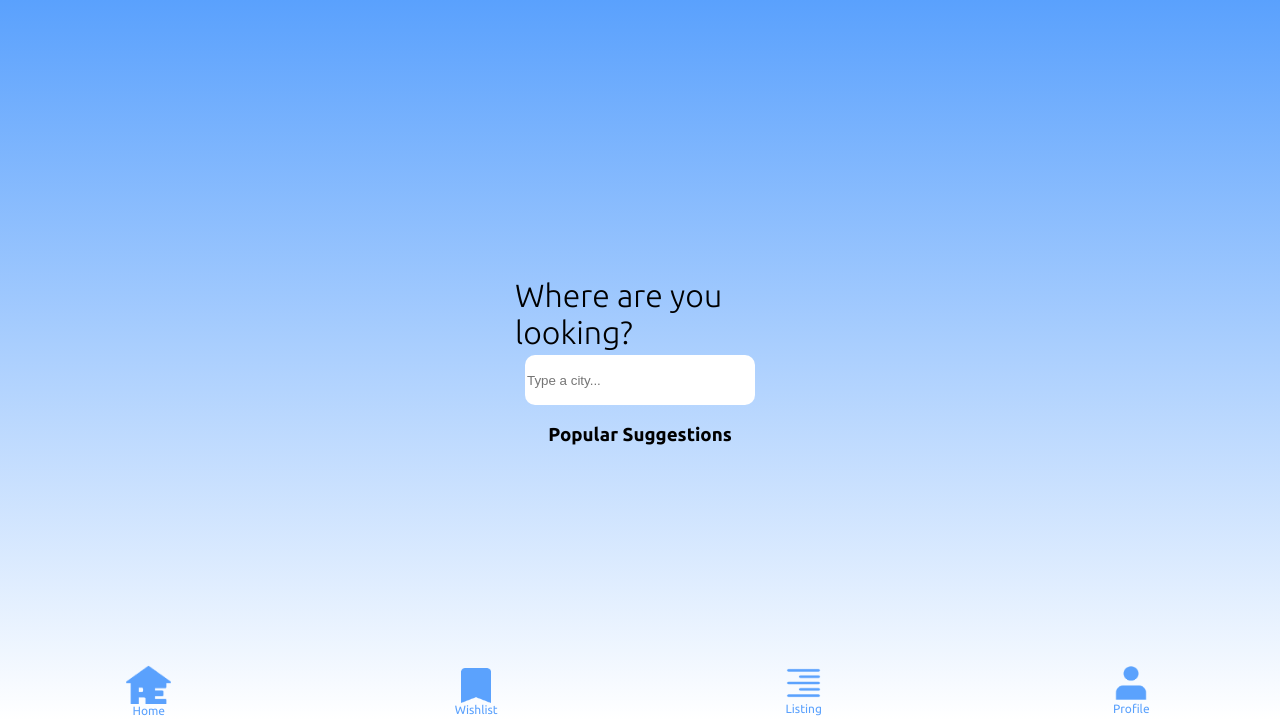
Repository: msyukurrr/realeasy
Page: /listing
An editor plug-in stored every save of this project. The page is shown before and after a run of saves, followed by the edit.
The browser window is 1280 px wide. The pictures show the whole page.
The project was rebuilt for these pictures with package versions that can differ from the ones it lists, and the page was loaded fresh each time. The framework's server and built-in components were replaced by stand-ins that run in the browser. Also part of the build but not shown: next.config.js, components/Button.js.

Above is the page before, as saved 2023-01-27 20:15:42.

### pages/listing.js
import Heading from "../components/Heading";
import NavBar from "../components/NavBar";
import styles from "../styles/Home.module.css"
import MainButton from "../components/Button.js";
import styled from "styled-components";

const CityBut = styled.div`
    display:flex;
    width:95;
    height:95;
    background-Image:url('./house.png);
`;

export default function Listing({

}){
    return(
        <><div className={styles.listing}>

        <Heading headingtxt="Where are you looking?"/>

        <input placeholder="Type a city..." style={{width:230, height:50, borderRadius:10, backgroundColor:"white", border:'transparent'}}></input>

        <h3>Popular Suggestions</h3>

        <CityBut  />








        </div>
        <NavBar></NavBar>

        </>
    )
}

### styles/globals.css
@import url('https://fonts.googleapis.com/css2?family=Ubuntu:ital,wght@0,300;0,400;0,500;0,700;1,300;1,400;1,500;1,700&display=swap');

html,
body {
  padding: 0;
  margin: 0;
  font-family: "Ubuntu", sans-serif;
  background-color: #E6EEF8;
}

a {
  color: inherit;
  text-decoration: none;
}

* {
  box-sizing: border-box;
}

@media (prefers-color-scheme: dark) {
  html {
    color-scheme: dark;
  }
  body {
    color: white;
    background: E6EEF8;
  }
}

### components/Heading.js
import styled from "styled-components";

const Container = styled.div`
display: flex;
margin-left: 50px;
width: 300px;
height: 100px;

`

const Word = styled.h1`

color: ${props=>props.color};
font-weight: ${props=>props.fontweight};
`

export default function Heading({
    h1="Recommended by people around you",
    fw="300",
    color="#5AA1FD",
    headingtxt="Recommended by people around you"
}){
    return<>
    <Container>
    <Word fontweight={fw}
    >{headingtxt}</Word>
    </Container>
    </>
}

### components/NavBar.js
import styled from "styled-components";
import Link from "next/link";

const NavBarCont = styled.div`
position: fixed;
bottom: 0;
width: 100%;
`
const NavCont = styled.nav`
display: flex;
justify-content: space-around;
width: 100%;
background-color: transparent;
height: 60px;
`
const HomeCont = styled.div`
width: 50px;
height: 50px;
display:flex;
flex-direction: column;
justify-content: center;
align-items: center;
margin-top: ${props=>props.margintop};
`
const WishlistCont = styled.div`
width: 50px;
height: 50px;
display:flex;
flex-direction: column;
justify-content: center;
align-items: center;
margin-left: 30px;
margin-top: ${props=>props.margintop};
margin-bottom: ${props=>props.marginbottom};
`
const ListingCont = styled.div`
width: 50px;

display:flex;
flex-direction: column;
justify-content: center;
align-items: center;
margin-left: 30px;
margin-top: ${props=>props.margintop};
`
const ProfileCont = styled.div`
display:flex;
margin-left: 30px;
margin-top: ${props=>props.margintop};
`

const Icon = styled.img`
display: flex;
justify-content: center;
height: ${props=>props.height};
width: ${props=>props.width};
display: flex;
`

const NavList = styled.span`
display: flex;
align-self: center;
color: #5AA1FD;
font-size: 12px;
`


export default function NavBar({
    mt="5px",
    mb=""
}){
    return <NavBarCont>
    <NavCont>
        <Link href="/">
            <HomeCont margintop="6px">
                <Icon src='./logo.png' height="45px" width="45px"/>
                <NavList>Home</NavList>
            </HomeCont>
        </Link>
        <Link href="/wishlist">
            <WishlistCont margintop="7px">
                <Icon src='./wishlist.png' height="35px" width="30px"></Icon>
                <NavList>Wishlist</NavList>
            </WishlistCont>
        </Link>
        <Link href="/listing">
            <ListingCont margintop="4px">
                <Icon src='./listing.png' height="38px" width="45px"></Icon>
                <NavList>Listing</NavList>
            </ListingCont>
        </Link>
        <Link href="/profile">
            <ListingCont margintop="4px">
                <Icon src='./user.png' height="38px" width="40px"></Icon>
                <NavList>Profile</NavList>
            </ListingCont>
        </Link>
    </NavCont>
    </NavBarCont>
}

### styles/Home.module.css
.container {
  padding: 0 2rem;
}

.main {
  min-height: 100vh;
  padding: 4rem 0;
  flex: 1;
  display: flex;
  flex-direction: column;
  justify-content: center;
  align-items: center;
}


.listing {
  min-height: 100vh;
  padding: 4rem 0;
  flex: 1;
  display: flex;
  flex-direction: column;
  justify-content: center;
  align-items: center;
  background-image: linear-gradient(#5AA1FD, white);
}

.footer {
  display: flex;
  flex: 1;
  padding: 2rem 0;
  border-top: 1px solid #eaeaea;
  justify-content: center;
  align-items: center;
}

.footer a {
  display: flex;
  justify-content: center;
  align-items: center;
  flex-grow: 1;
}

.title a {
  color: #0070f3;
  text-decoration: none;
}

.title a:hover,
.title a:focus,
.title a:active {
  text-decoration: underline;
}

.title {
  margin: 0;
  line-height: 1.15;
  font-size: 4rem;
}

.title,
.description {
  text-align: center;
}

.description {
  margin: 4rem 0;
  line-height: 1.5;
  font-size: 1.5rem;
}

.code {
  background: #fafafa;
  border-radius: 5px;
  padding: 0.75rem;
  font-size: 1.1rem;
  font-family: Menlo, Monaco, Lucida Console, Liberation Mono, DejaVu Sans Mono,
    Bitstream Vera Sans Mono, Courier New, monospace;
}

.grid {
  display: flex;
  align-items: center;
  justify-content: center;
  flex-wrap: wrap;
  max-width: 800px;
}

.card {
  margin: 1rem;
  padding: 1.5rem;
  text-align: left;
  color: inherit;
  text-decoration: none;
  border: 1px solid #eaeaea;
  border-radius: 10px;
  transition: color 0.15s ease, border-color 0.15s ease;
  max-width: 300px;
}

.card:hover,
.card:focus,
.card:active {
  color: #0070f3;
  border-color: #0070f3;
}

.card h2 {
  margin: 0 0 1rem 0;
  font-size: 1.5rem;
}

.card p {
  margin: 0;
  font-size: 1.25rem;
  line-height: 1.5;
}

.logo {
  height: 1em;
  margin-left: 0.5rem;
}

@media (max-width: 600px) {
  .grid {
    width: 100%;
    flex-direction: column;
  }
}

@media (prefers-color-scheme: dark) {
  .card,
  .footer {
    border-color: #222;
  }
  .code {
    background: #111;
  }
  .logo img {
    filter: invert(1);
  }
}

Loaded but not shown: pages/_app.js (common file)

After the next 2 saves:
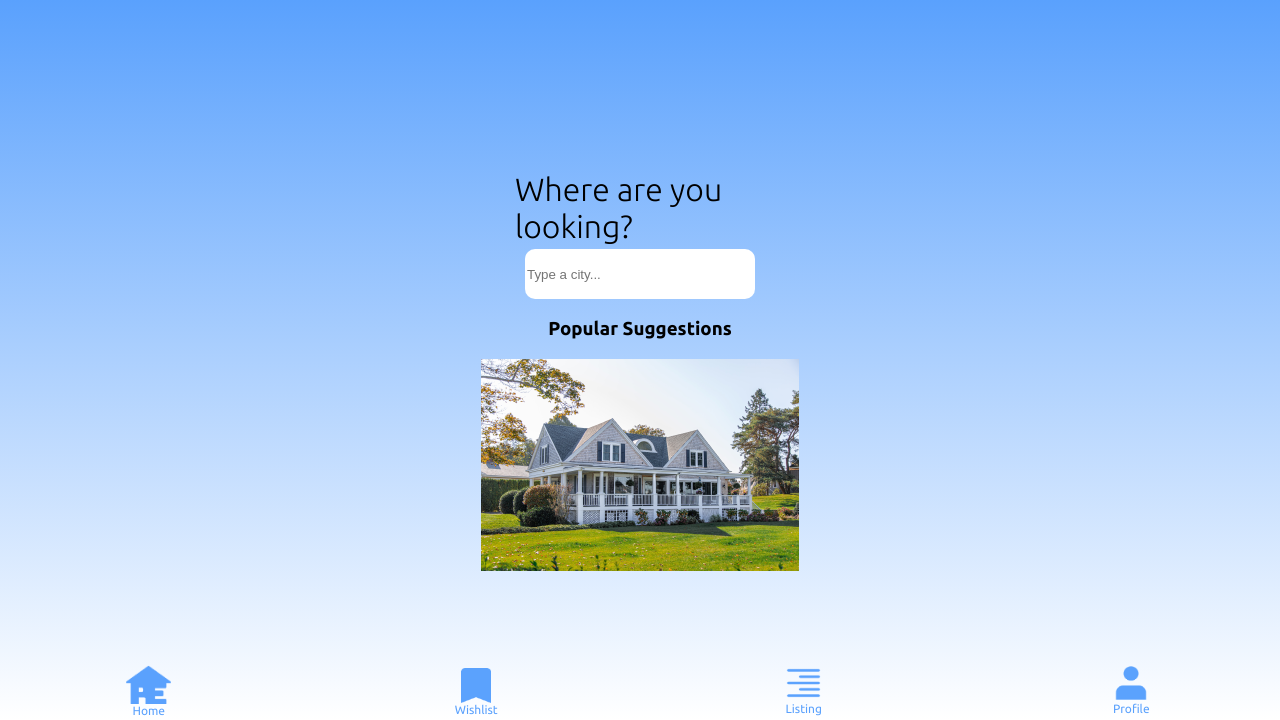
The 2 saves are shown as one change because 1 did not build or start.
The last was saved 10 min 57 s later.
--- a/pages/listing.js
+++ b/pages/listing.js
@@ -4,12 +4,7 @@ import styles from "../styles/Home.module.css"
 import MainButton from "../components/Button.js";
 import styled from "styled-components";
 
-const CityBut = styled.div`
-    display:flex;
-    width:95;
-    height:95;
-    background-Image:url('./house.png);
-`;
+
 
 export default function Listing({
 
@@ -23,7 +18,7 @@ export default function Listing({
 
         <h3>Popular Suggestions</h3>
 
-        <CityBut  />
+        <img src="house.png"/>
 
 
 
